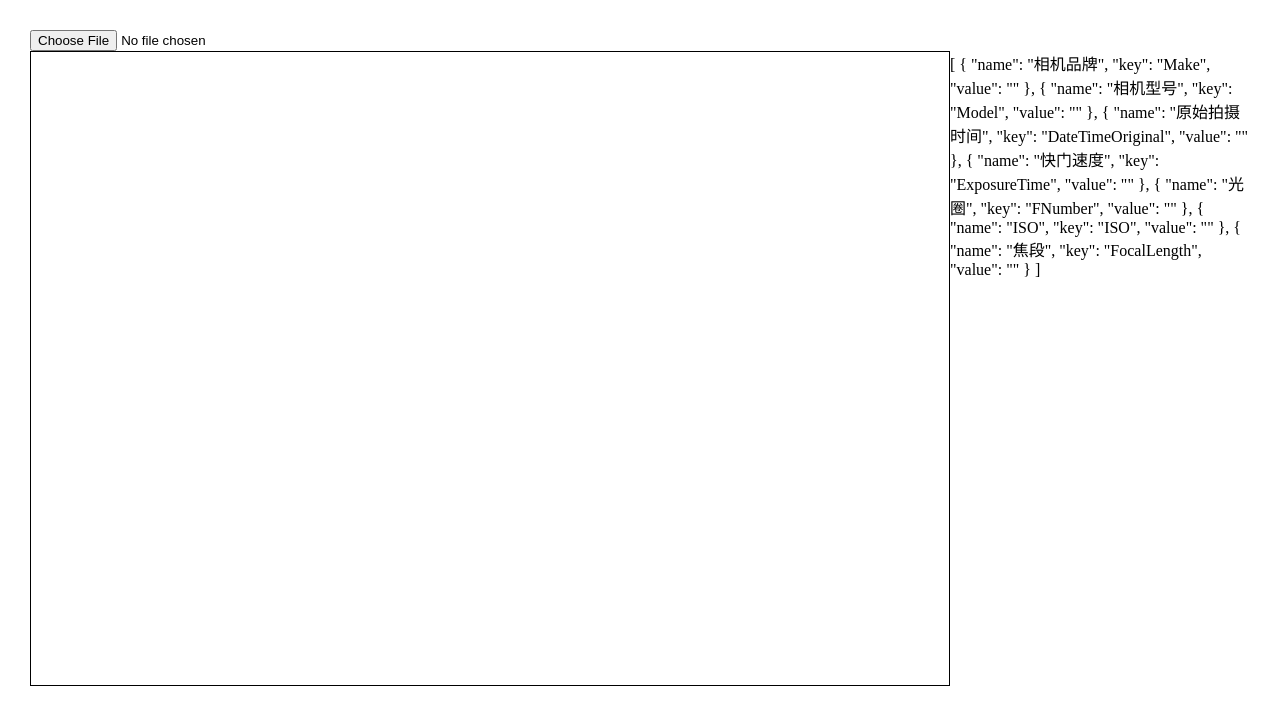
Repository: Gaays/camera-watermark
Page: /
The author's editor kept a copy of each file at every save. The page is drawn from the files as they stood at one save, then again after the next save.
The browser window is 1280 px wide. The pictures show the whole page.
The project was rebuilt for these pictures with package versions that can differ from the ones it lists, and the page was loaded fresh each time. Also part of the build but not shown: vue.config.js.

Above is the page before, as saved 2024-08-17 21:30:29.

### src/App.vue
<template>
  <CameraWatermark />
</template>

<script setup>
import CameraWatermark from './components/cameraWatermark.vue'

</script>

<style>
* {
  box-sizing: border-box;
}

html,
body,
#app {
  margin: 0;
  padding: 0;
  width: 100vw;
  height: 100vh;
}</style>

### src/components/cameraWatermark.vue
<template>
  <div class="content">
    <input type="file" id="fileInput" accept="image/*" @change="handleFileChange">
    <div class="show-box">
      <canvas id="imageCanvas" style="border: 1px solid black;"></canvas>
      <div class="data-box">
        <span>{{ output }}</span>
      </div>
    </div>
  </div>
</template>

<script setup>
import { ref, onMounted } from 'vue'
import EXIF from 'exif-js'

const output = ref([
  {
    name: '相机品牌', key: 'Make', value: ''
  },
  {
    name: '相机型号', key: 'Model', value: ''
  },
  {
    name: '原始拍摄时间', key: 'DateTimeOriginal', value: ''
  },
  {
    name: '快门速度', key: 'ExposureTime', value: ''
  },
  {
    name: '光圈', key: 'FNumber', value: ''
  },
  {
    name: 'ISO', key: 'ISO', value: ''
  },
  {
    name: '焦段', key: 'FocalLength', value: ''
  },
])

const handleExif = (arrayBuffer) => {
  const exifData = EXIF.readFromBinaryFile(arrayBuffer);
  // const data = JSON.stringify(exifData, null, 2);
  // console.log('🚀 ~ handleExif ~ data:', data);
  output.value.forEach(key => {
    console.log('🚀 ~ handleExif ~ key:', exifData[key.key]);
    if (exifData[key.key]) {
      console.log(exifData[key.key]);
      key.value = exifData[key.key];
    }
  })

}

const handleFileChange = (event) => {
  const file = event.target.files[0];
  if (file) {
    const reader = new FileReader();

    reader.onload = function (e) {
      const arrayBuffer = e.target.result;
      const originImg = URL.createObjectURL(file);
      // 读exif数据
      handleExif(arrayBuffer)

      // canvas渲染图片
      const img = new Image();
      img.onload = function () {
        const canvas = document.getElementById('imageCanvas');
        const ctx = canvas.getContext('2d');
        ctx.clearRect(0, 0, imgBox.value.width, imgBox.value.height);
        const aspectRatio = img.width / img.height;
        let imgWidth = 0
        let imgHeight = 0
        if (img.width >= img.height) {
          imgWidth = imgBox.value.width;
          imgHeight = imgWidth / aspectRatio;
        } else {
          imgHeight = imgBox.value.height;
          imgWidth = imgHeight * aspectRatio;
        }

        // 将图片绘制到 canvas 上
        ctx.drawImage(img, 0, 0, imgWidth, imgHeight);
      };
      img.src = originImg; // 设置图片源为读取的文件数据
    };

    reader.readAsArrayBuffer(file);
  }
}

const imgBox = ref({
  width: 0,
  height: 0
})
const initData = () => {
  const dom = document.getElementById('imageCanvas');
  const domSizeData = dom.getClientRects();
  imgBox.value = {
    width: domSizeData[0].width,
    height: domSizeData[0].height,
  }
  const canvas = document.getElementById('imageCanvas');
  canvas.width = imgBox.value.width;
  canvas.height = imgBox.value.height;
}

onMounted(() => {
  initData()
})
</script>

<!-- Add "scoped" attribute to limit CSS to this component only -->
<style lang="scss" scoped>
.content {
  width: 100%;
  height: 100%;
  padding: 30px 30px;

  .show-box {
    width: 100%;
    height: calc(100% - 25px);
    display: flex;

    #imageCanvas {
      width: calc(100% - 300px);
      height: 100%;
    }

    .data-box {
      width: 300px;
      height: 100%;
      overflow: auto;
    }
  }
}
</style>

Loaded but not shown: public/index.html (common file); src/main.js (common file)

After the next save:
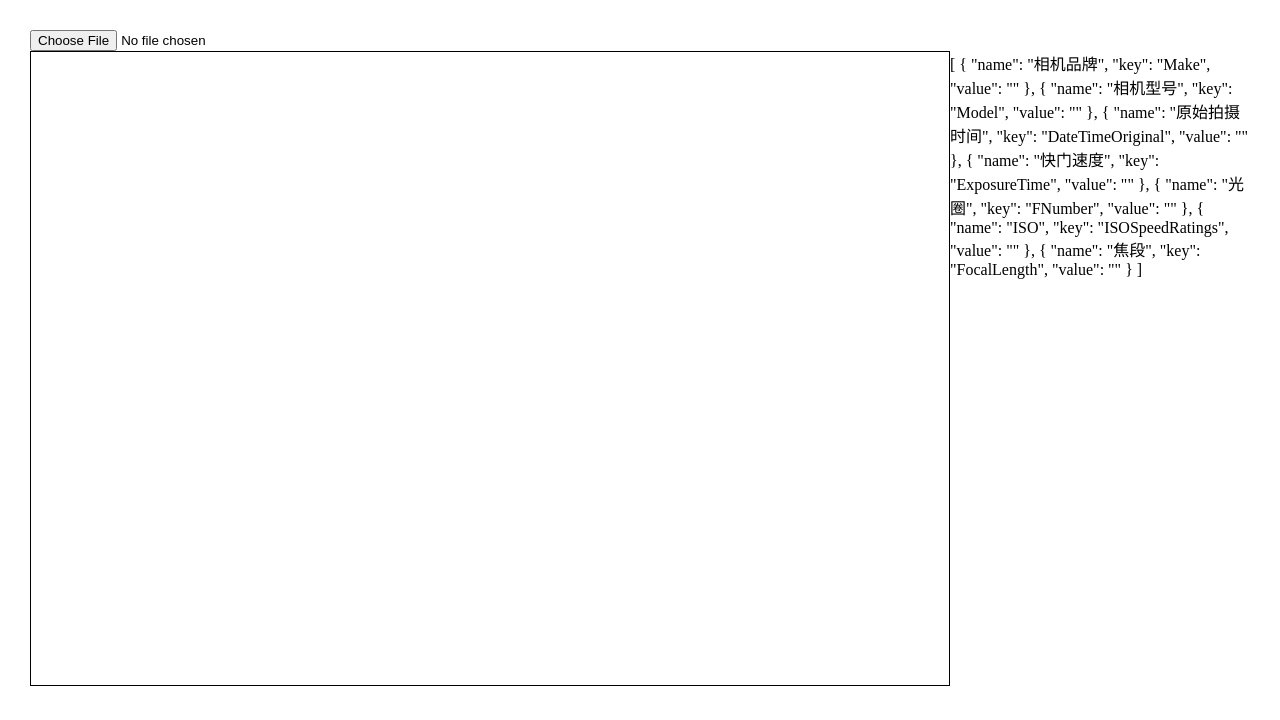
Saved 38 s later.
--- a/src/components/cameraWatermark.vue
+++ b/src/components/cameraWatermark.vue
@@ -31,7 +31,7 @@ const output = ref([
     name: '光圈', key: 'FNumber', value: ''
   },
   {
-    name: 'ISO', key: 'ISO', value: ''
+    name: 'ISO', key: 'ISOSpeedRatings', value: ''
   },
   {
     name: '焦段', key: 'FocalLength', value: ''
